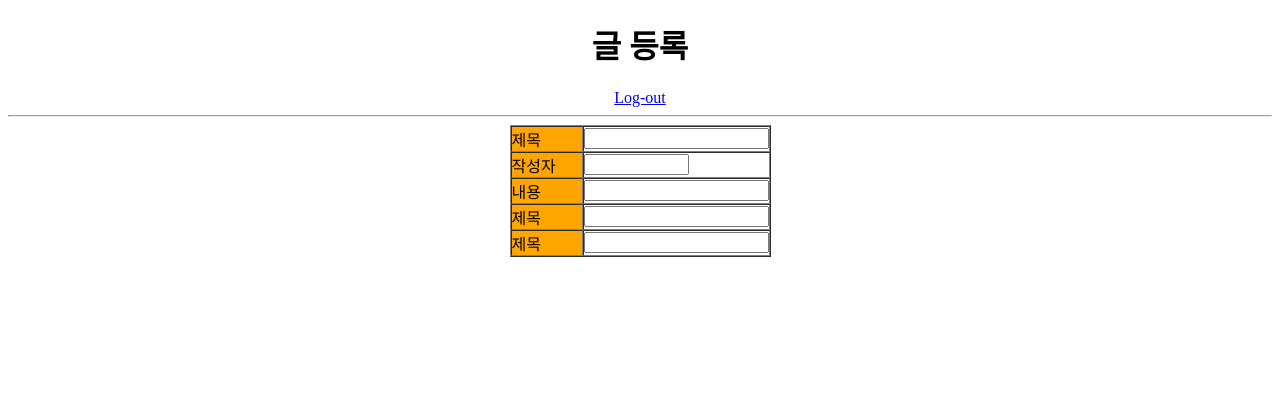
Repository: WillNeiman/Spring-Workspace
Page: http://localhost/05_Model1/insertBoard.jsp
The author's editor kept a copy of each file at every save. The page is drawn from the files as they stood at one save, then again after the next save.
The browser window is 1280 px wide. The pictures show the whole page.
The page is served by Tomcat 9.

Above is the page before, as saved 2023-04-29 00:50:53.

After the next save:
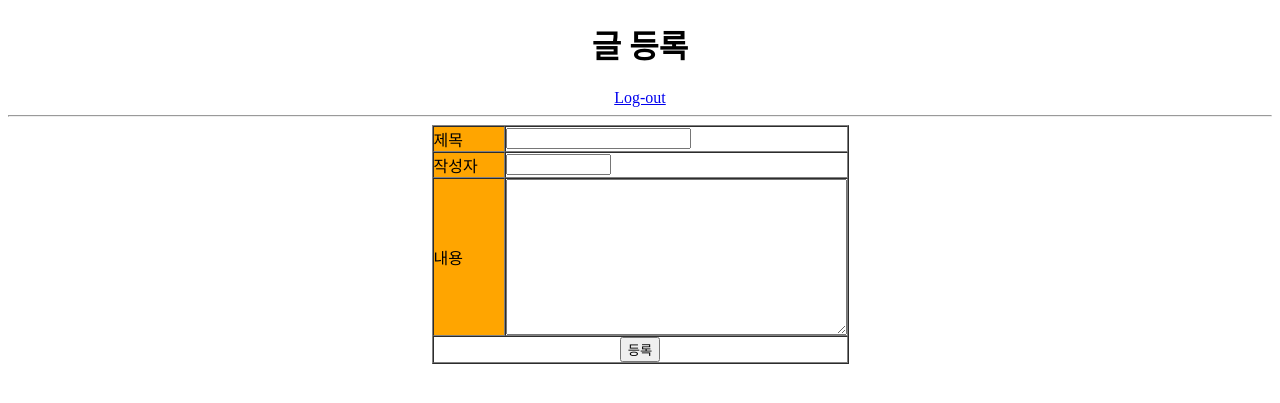
Saved 85 s later.
--- a/05_Model1/src/main/webapp/insertBoard.jsp
+++ b/05_Model1/src/main/webapp/insertBoard.jsp
@@ -24,15 +24,10 @@
 				</tr>
 				<tr>
 					<td bgcolor="orange" width="70">내용</td>
-					<td align="left"><input type="text" name="title"/></td>
+					<td align="left"><textarea name="content" cols="40" rows="10"></textarea></td>
 				</tr>
 				<tr>
-					<td bgcolor="orange" width="70">제목</td>
-					<td align="left"><input type="text" name="title"/></td>
-				</tr>
-				<tr>
-					<td bgcolor="orange" width="70">제목</td>
-					<td align="left"><input type="text" name="title"/></td>
+					<td colspan="2" align="center"><input type="submit" value="등록"/></td>
 				</tr>
 			</table>
 		</form>
